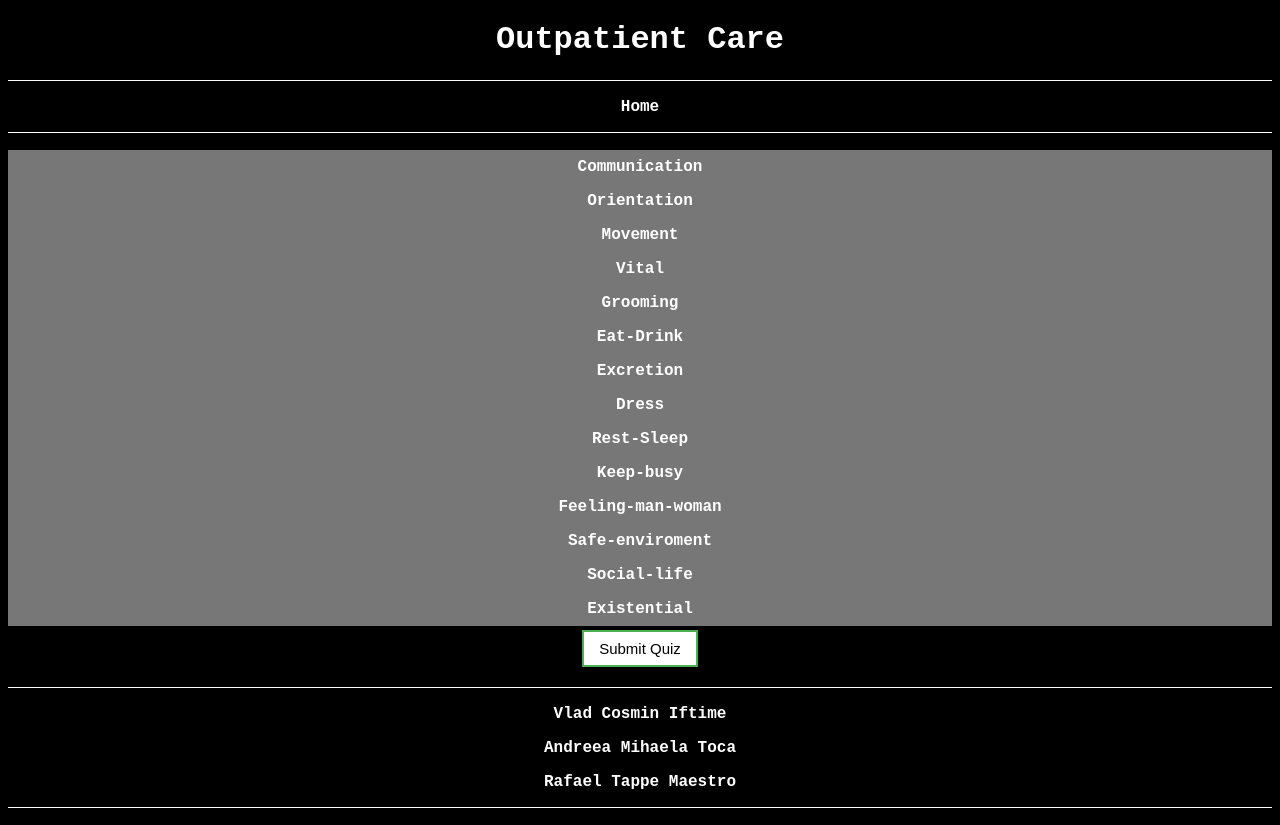
Repository: VladIftime/KnowledgeTechnology2019
Page: src/front/index.html
An editor plug-in stored every save of this project. The page is shown before and after a run of saves, followed by the edit.
The browser window is 1280 px wide. The pictures show the whole page.

Above is the page before, as saved 2020-01-11 20:41:44.

After the next 2 saves:
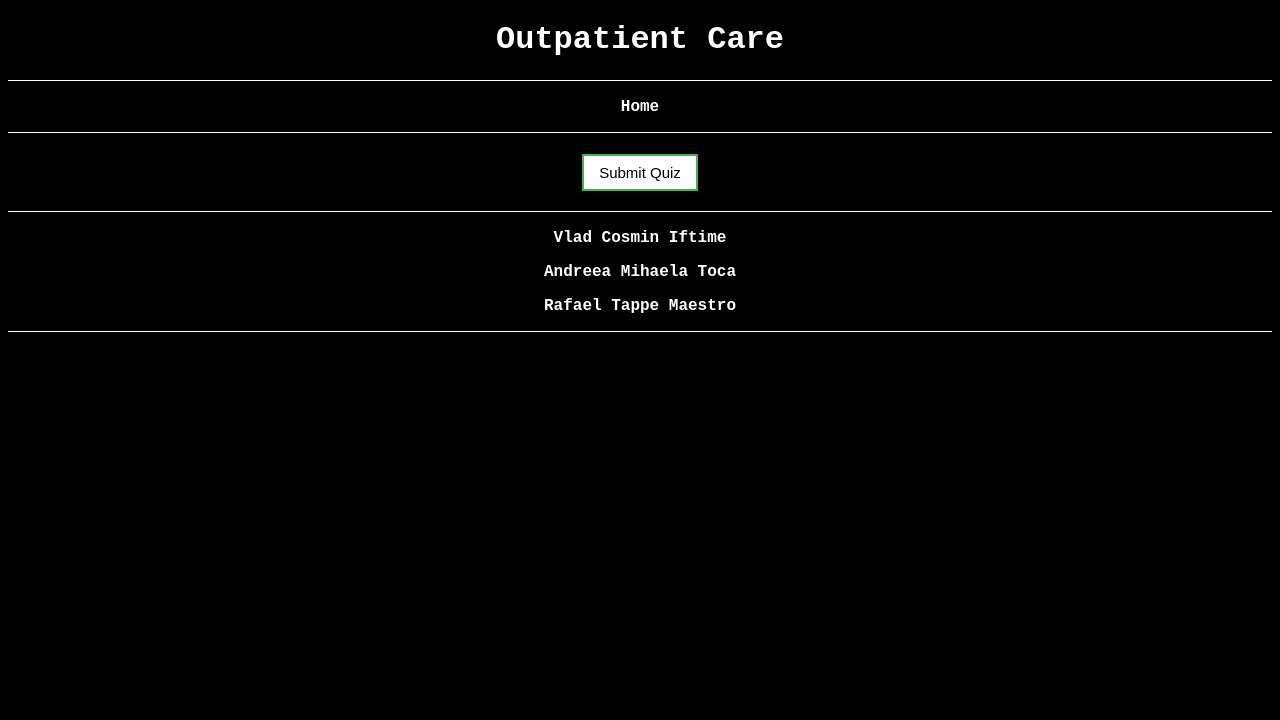
Console error: TypeError: Cannot read properties of null (reading 'innerHTML')
The 2 saves are shown as one change because they came seconds apart.
The last was saved 20 s later.
--- a/src/front/index.html
+++ b/src/front/index.html
@@ -24,6 +24,7 @@
             <hr>
         </nav>
         <article>
+            </
             <section id=HealthAreas></section>
         </article>
             <div id = warning style="display: none;">Please answers all the questions first</div>

After the 3 saves that followed:
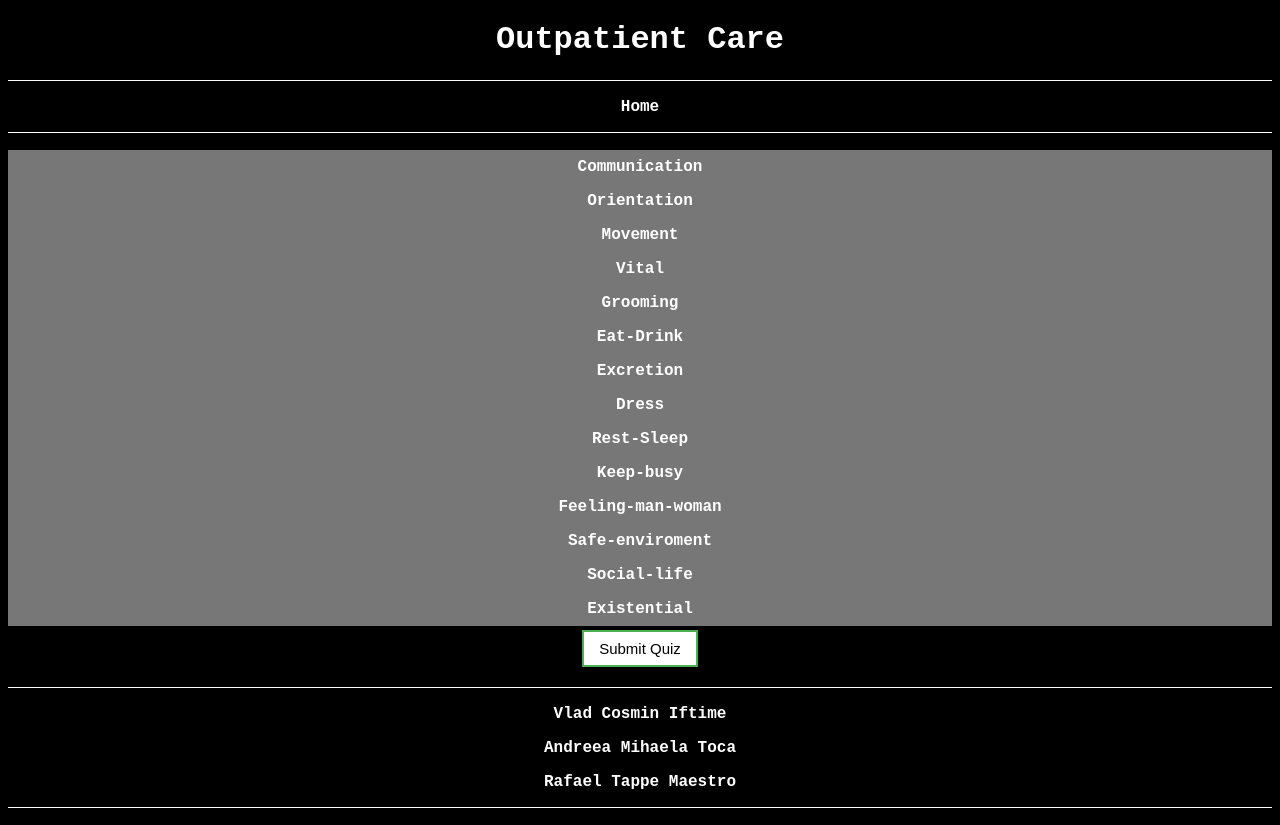
The error is gone.
The 3 saves are shown as one change because they came seconds apart.
The last was saved 12 s later.
--- a/src/front/index.html
+++ b/src/front/index.html
@@ -24,7 +24,7 @@
             <hr>
         </nav>
         <article>
-            </
+            <div class="wrap">
             <section id=HealthAreas></section>
         </article>
             <div id = warning style="display: none;">Please answers all the questions first</div>
